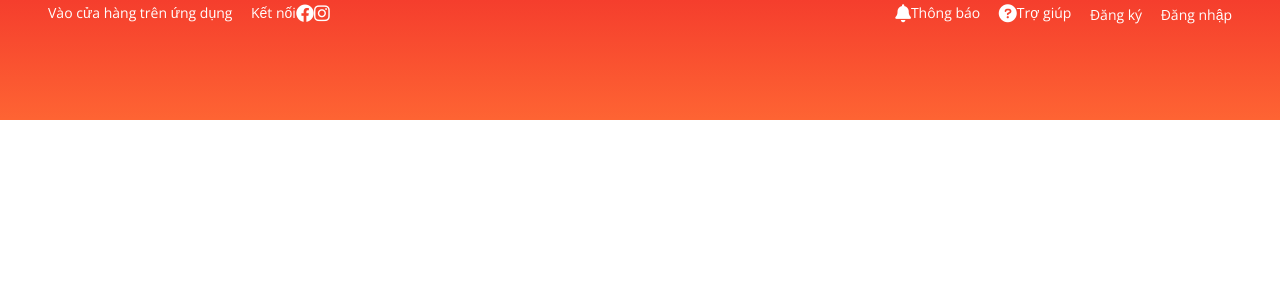
Repository: trongtamdev/Clone-Shopee-Page
Page: index.html
These files come from the project's save history. The page is drawn as it stood at one moment and after the next save; the edit follows.
The browser window is 1280 px wide. The pictures show the whole page.

Above is the page before, as saved 2022-07-06 14:12:04.

After the next save:
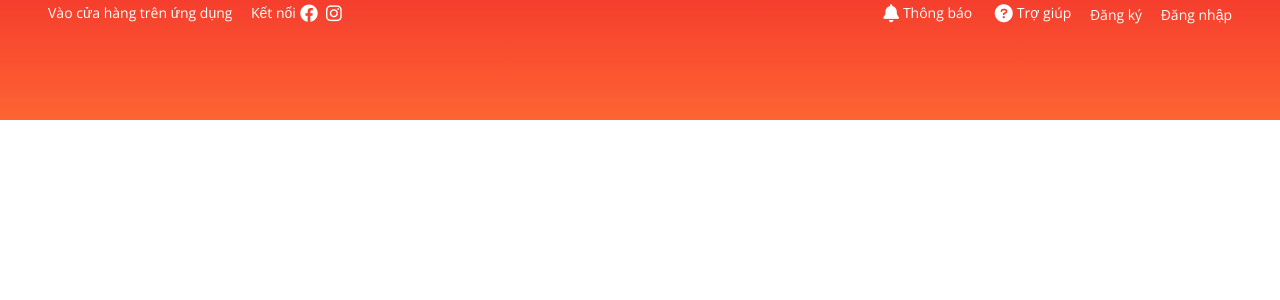
Saved 4 min 0 s later.
--- a/assets/css/main.css
+++ b/assets/css/main.css
@@ -51,4 +51,5 @@
 
 .header__navbar-icon {
     font-size: 1.8rem;
+    margin: 0 4px;
 }
